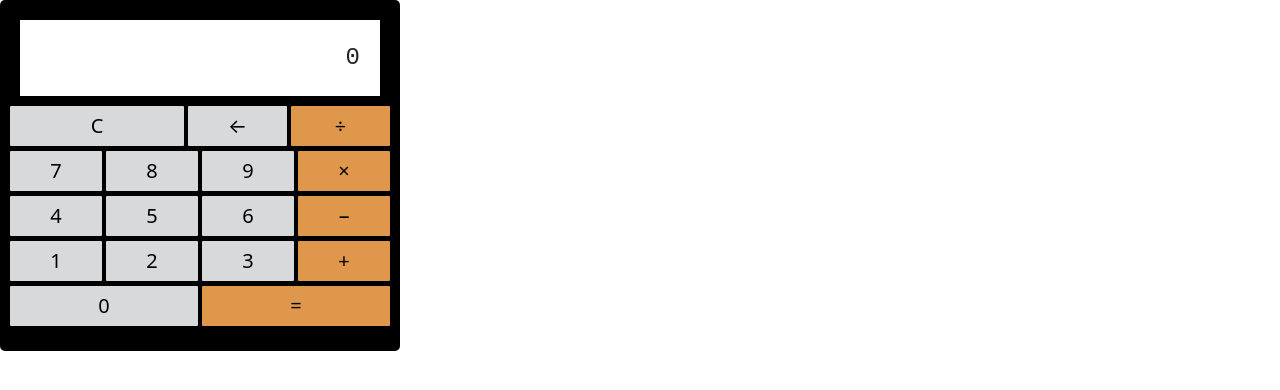
Repository: jgramirez0210/LAB-calculator
Page: index.html
An editor plug-in stored every save of this project. The page is shown before and after the next save, followed by the edit.
The browser window is 1280 px wide. The pictures show the whole page.

Above is the page before, as saved 2023-10-10 21:23:10.

### index.html
<!DOCTYPE html>
<html lang="en">
<head>
  <meta charset="UTF-8">
  <meta name="viewport" content="width=device-width, initial-scale=1.0">
  <title>Calculator</title>
  <link href="https://cdn.jsdelivr.net/npm/bootstrap@5.3.2/dist/css/bootstrap.min.css" rel="stylesheet" integrity="sha384-T3c6CoIi6uLrA9TneNEoa7RxnatzjcDSCmG1MXxSR1GAsXEV/Dwwykc2MPK8M2HN" crossorigin="anonymous">
  <link rel="stylesheet" href="main.css">
</head>
<body>
  <div class="calculator">
    <div class="display">0</div>
    <div class="row">
      <button class="clear-btn" id="wide">C</button>
      <button id="back">&#8592;</button>
      <button class="function" id="division">&#247;</button>
    </div>
    <div class="row">
        <button>7</button>
        <button>8</button>
        <button>9</button>
        <button class="function" id="multiply">&#215;</button>
    </div>
    <div class="row">
        <button>4</button>
        <button>5</button>
        <button>6</button>
        <button class="function" id="subtract">&#8722;</button>
    </div>
    <div class="row">
        <button>1</button>
        <button>2</button>
        <button>3</button>
        <button class="function" id="add">&#43;</button>
    </div>
    <div class="row">
        <button class="xwide">0</button>
        <button class="function" id="equals">&#61;</button>
    </div>
</div>

  <script src="https://cdn.jsdelivr.net/npm/bootstrap@5.3.2/dist/js/bootstrap.bundle.min.js" integrity="sha384-C6RzsynM9kWDrMNeT87bh95OGNyZPhcTNXj1NW7RuBCsyN/o0jlpcV8Qyq46cDfL" crossorigin="anonymous"></script>
  <script src="main.js"></script>
</body>
</html>

### main.css
* {
  box-sizing: border-box;
  margin: 0;
  padding: 0;
}

.calculator {
  width: 400px;
  background-color: #000000;
  padding: 20px;
  border-radius: 5px;
}

.display {
  font-family: monospace;
  background-color: #ffffff;
  padding: 20px;
  font-size: 24px;
  margin-bottom: 10px;
  text-align: right;
}

.row {
  display: flex;
  justify-content: space-between;
  margin-bottom: 5px;
}

button {
  flex: 1; /* Ensures equal distribution of space among buttons */
  margin: 0 2px; /* Added a slight margin for spacing */
  padding: 5px;
  font-size: 20px;
  background-color: #d8d9db;
  border: none;
  border-radius: 1px;
  transition: background-color 0.3s;
}

button:hover {
  background-color: #ebebeb;
}

button:active {
  background-color: #bbbcbe;
}

button.function {
  background-color: #df974c;
}

button.function:hover {
  background-color: #dfb07e;
}

button.function:active {
  background-color: #dd8d37;
}
button#wide {
  flex: 2;
}
button#xwide {
  flex: 3;
}

### main.js
console.log("testeroo")

After the next save:
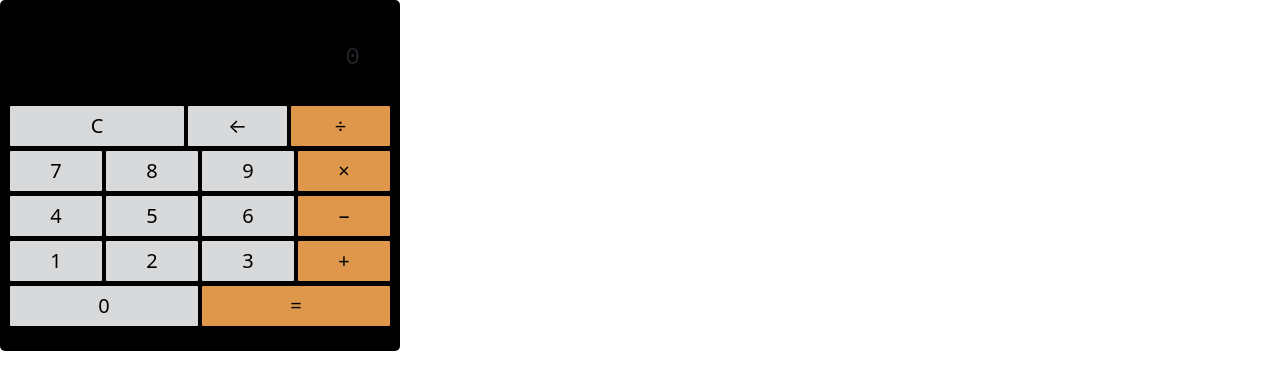
Saved 36 s later.
--- a/main.css
+++ b/main.css
@@ -13,7 +13,7 @@
 
 .display {
   font-family: monospace;
-  background-color: #ffffff;
+  background-color: #000000;
   padding: 20px;
   font-size: 24px;
   margin-bottom: 10px;
